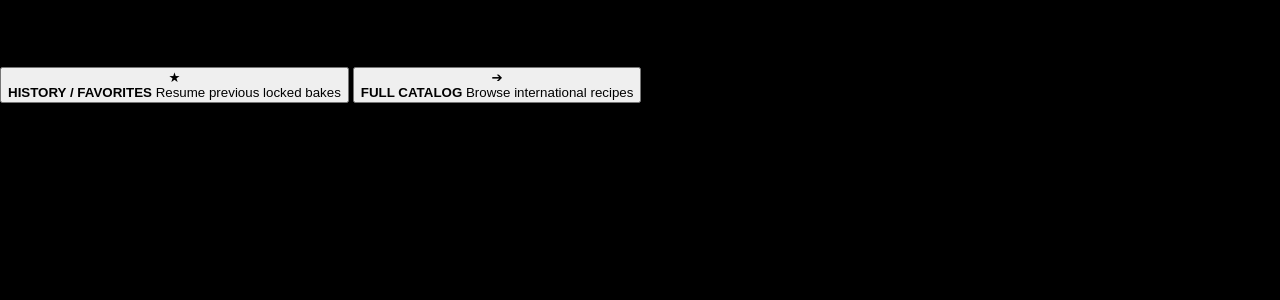
Repository: dkg11hu/baking-core
Page: index.html
These files come from the project's save history. The page is drawn as it stood at one moment and after the next save; the edit follows.
The browser window is 1280 px wide. The pictures show the whole page.

Above is the page before, as saved 2026-01-03 17:07:36.

### index.html
<!DOCTYPE html>
<html lang="en">
<head>
    <meta charset="UTF-8">
    <link rel="icon" href="data:[embedded picture, 216 characters]">
    <meta name="viewport" content="width=device-width, initial-scale=1.0, maximum-scale=1.0, user-scalable=no">
    <title>Baking Core | XS Driver</title>
    <link rel="stylesheet" href="style.css">
</head>
<body>
    <div class="iphone-xs">
        <div class="notch"></div>
        <div class="screen-content">

            <section id="gateway-view">
                <div class="gateway-hero">
                    <h1 class="brand-title">Baking Core</h1>
                    <div class="choice-container">
                        <button class="choice-card" onclick="window.viewHistory()">
                            <div class="icon">★</div>
                            <div class="choice-text">
                                <strong>HISTORY / FAVORITES</strong>
                                <span>Resume previous locked bakes</span>
                            </div>
                        </button>
                        <button class="choice-card highlight" onclick="window.openBrowser()">
                            <div class="icon">➔</div>
                            <div class="choice-text">
                                <strong>FULL CATALOG</strong>
                                <span>Browse international recipes</span>
                            </div>
                        </button>
                    </div>
                </div>
            </section>

            <section id="browser-view" class="hidden">
                <div class="sticky-header">
                    <div id="graphical-selector">
                        <div class="selector-tabs">
                            <button class="tab-btn active" data-view="map" onclick="window.switchSelector('map')">MAP</button>
                            <button class="tab-btn" data-view="flavor" onclick="window.switchSelector('flavor')">FLAVOR</button>
                        </div>
                        <div id="view-map"></div>
                        <div id="view-flavor" class="hidden"></div>
                    </div>
                    <div id="filter-chips" class="chip-container"></div>
                </div>

                <div id="tile-grid" class="tile-grid"></div>

                <div class="stepper-controls">
                    <button class="btn-nav" onclick="location.reload()">BACK</button>
                    <button class="btn-nav primary" id="next-to-params" disabled onclick="window.changeStep(1)">NEXT</button>
                </div>
            </section>

            <section id="workflow-view" class="hidden">
                <div id="discovery-root"></div>

                <div id="execution-root" class="hidden">
                    <div id="media-stage" class="media-container"></div>
                    <div class="content-stage">
                        <div id="step-metadata"></div>
                        <div id="step-description"></div>
                    </div>
                </div>

                <div class="stepper-controls">
                    <button class="btn-nav" onclick="window.changeStep(-1)">BACK</button>
                    <button class="btn-nav primary" onclick="window.changeStep(1)">NEXT</button>
                </div>
            </section>
        </div>
        <div class="home-indicator"></div>
    </div>
    <script type="module" src="app.js"></script>
</body>
</html>

### style.css
/* --- VIEW CONTAINERS --- */
#browser-view, #workflow-view {
    flex: 1;
    display: flex;
    flex-direction: column;
    height: 100%;
    width: 100%;
    background: #000;
    overflow-y: auto;
    -webkit-overflow-scrolling: touch;
    position: relative;
}

/* --- GRID ARCHITECTURE --- */
.tile-grid {
    display: grid;
    grid-template-columns: 1fr 1fr;
    gap: 16px;
    padding: 16px;
    min-height: 400px;
    box-sizing: border-box;
}

.tile-label {
    color: #FFFFFF;
    font-size: 11px;
    font-weight: 900;
    letter-spacing: 1.5px;
    text-transform: uppercase;
    margin-top: 10px;
    white-space: nowrap;
    overflow: hidden;
    text-overflow: ellipsis;
}

/* --- WORKFLOW TRACKS --- */
.discovery-wrapper, .production-wrapper {
    padding: 20px;
    color: #fff;
}

.meta-chip {
    display: inline-flex;
    flex-direction: column;
    margin-right: 20px;
    border-left: 1px solid #333;
    padding-left: 10px;
}

.meta-chip span { font-size: 8px; color: #666; text-transform: uppercase; }
.meta-chip strong { font-size: 14px; color: var(--primary, #f1c40f); }

.hidden { display: none !important; }

.tile {
    background: #050505;
    border-radius: 12px;
    padding: 10px;
    border: 1px solid #111;
    transition: all 0.2s ease;
    cursor: pointer;
}

/* The Gold Glow for the selected product */
.tile.active {
    border-color: #f1c40f;
    background: #111;
    box-shadow: 0 0 15px rgba(241, 196, 15, 0.2);
}

.tile-img-box {
    aspect-ratio: 1 / 1;
    background: #000;
    border-radius: 8px;
    overflow: hidden;
    display: flex;
    align-items: center;
    justify-content: center;
}

.tile-img-box img {
    width: 100%;
    height: 100%;
    object-fit: cover;
}

/* Each section is a full-screen app layer */
section {
    position: absolute;
    top: 0;
    left: 0;
    width: 100%;
    height: 100%;
    background: #000;
    display: flex;
    flex-direction: column;
}

/* Force hide with absolute priority */
.hidden {
    display: none !important;
}

/* Ensure Tile Grid only scrolls within its container */
#tile-grid {
    flex: 1;
    overflow-y: auto;
    padding-bottom: 100px; /* Room for navigation */
}

/* Stepper controls anchored to bottom of current view */
.stepper-controls {
    padding: 20px;
    background: linear-gradient(0deg, #000 70%, transparent);
    display: flex;
    gap: 15px;
    position: sticky;
    bottom: 0;
}

/* src/style.css */

.discovery-wrapper, .gateway-screen {
    animation: fadeIn 0.25s ease-out;
    height: 100%;
    display: flex;
    flex-direction: column;
}

.params-grid {
    padding: 20px;
    display: flex;
    flex-direction: column;
    gap: 15px;
    overflow-y: auto;
}

.param-row {
    display: flex;
    flex-direction: column;
    gap: 5px;
}

.param-row label {
    font-size: 10px;
    color: #666;
    text-transform: uppercase;
    letter-spacing: 1px;
}

.param-row input {
    background: #111;
    border: 1px solid #222;
    border-radius: 8px;
    padding: 12px;
    color: var(--primary);
    font-size: 18px;
}

@keyframes fadeIn {
    from { opacity: 0; transform: translateY(5px); }
    to { opacity: 1; transform: translateY(0); }
}

### app.js
import { State } from './src/UI/State.mjs';
import { Gallery } from './src/UI/Gallery.mjs';
import { MapSelection } from './src/UI/MapSelection.mjs';
import { FlavorWheel } from './src/UI/FlavorWheel.mjs';
import { WorkflowDiscovery } from './src/UI/WorkflowDiscovery.mjs';
import { WorkflowExecution } from './src/UI/WorkflowExecution.mjs';

window.Gallery = Gallery;

/**
 * Stage Manager: Unifies window isolation for Workflow #1 and #2.
 * Ensures the target view is visible, others are killed, and scroll is reset.
 */
const showStage = (stageId) => {
    const stages = ['gateway-view', 'browser-view', 'workflow-view'];
    stages.forEach(id => {
        const el = document.getElementById(id);
        if (!el) return;
        if (id === stageId) {
            el.classList.remove('hidden');
            el.scrollTop = 0; // Kills the "advance" glitch
        } else {
            el.classList.add('hidden');
        }
    });
};

window.lockAndStart = () => {
    const manifest = WorkflowDiscovery.getLockedManifest();

    // Internal Toggle within workflow-view
    document.getElementById('discovery-root').classList.add('hidden');
    const executionRoot = document.getElementById('execution-root');
    executionRoot.classList.remove('hidden');
    executionRoot.scrollTop = 0;

    WorkflowExecution.start(manifest, State.ssot, State.locale);
};

window.openBrowser = () => {
    showStage('browser-view');
    Gallery.render(State.ssot, State.locale);
};

window.changeStep = (delta) => {
    const isBrowser = !document.getElementById('browser-view').classList.contains('hidden');
    const isWorkflow = !document.getElementById('workflow-view').classList.contains('hidden');
    const discoveryRoot = document.getElementById('discovery-root');
    const executionRoot = document.getElementById('execution-root');

    if (isBrowser) {
        if (delta === 1 && Gallery.selectedId) {
            showStage('workflow-view');
            discoveryRoot.classList.remove('hidden');
            executionRoot.classList.add('hidden');
            WorkflowDiscovery.renderGateway(Gallery.selectedId, State.locale);
        } else if (delta === -1) {
            // BACK from Browser -> Gateway
            showStage('gateway-view');
        }
    } else if (isWorkflow) {
        if (!executionRoot.classList.contains('hidden')) {
            // TRACK 2: Execution
            WorkflowExecution.navigate(delta, State.locale);
        } else {
            // TRACK 1: Discovery
            if (delta === 1) {
                if (WorkflowDiscovery.state === 'GATEWAY') {
                    WorkflowDiscovery.init(Gallery.selectedId, State.ssot, State.locale);
                    discoveryRoot.scrollTop = 0;
                } else {
                    window.lockAndStart();
                }
            } else if (delta === -1) {
                // BACK from Workflow -> Browser
                showStage('browser-view');
            }
        }
    }
};

window.switchSelector = (viewId) => {
    const map = document.getElementById('view-map');
    const flavor = document.getElementById('view-flavor');
    const tabs = document.querySelectorAll('.tab-btn');
    tabs.forEach(btn => btn.classList.toggle('active', btn.dataset.view === viewId));
    if (map) map.style.display = viewId === 'map' ? 'block' : 'none';
    if (flavor) flavor.style.display = viewId === 'flavor' ? 'block' : 'none';
};

window.filterByTerritory = (territory) => Gallery.filterByTerritory(territory, State.ssot, State.locale);

async function boot() {
    try {
        await State.init();
        showStage('gateway-view'); // Park at Level 0

        // Pre-render logic in background
        Gallery.render(State.ssot, State.locale);

        const mapContainer = document.getElementById('view-map');
        if (mapContainer) mapContainer.innerHTML = MapSelection.render();

        const flavorContainer = document.getElementById('view-flavor');
        if (flavorContainer) {
            flavorContainer.innerHTML = FlavorWheel.render();
            requestAnimationFrame(() => FlavorWheel.plotProducts(State.ssot, State.locale));
        }

        console.log("iPhone Driver: Parked at Gateway. System Isolated.");
    } catch (err) {
        console.error("Boot failed:", err);
    }
}
boot();

### src/UI/State.mjs
export const State = {
    ssot: null,
    locale: null,
    currentId: null,
    currentStepIdx: 0,

    async init() {
        const [sRes, lRes] = await Promise.all([
            fetch('./data/Store/Registry/definitions.json'),
            fetch('./data/Store/Locale/en.json')
        ]);
        this.ssot = await sRes.json();
        this.locale = await lRes.json();
        return { ssot: this.ssot, locale: this.locale };
    }
};

### src/UI/Gallery.mjs
export const Gallery = {
    selectedId: null,

    render(ssot, locale) {
        const grid = document.getElementById('tile-grid');
        if (!grid) return;
        this.filterByTerritory('ALL', ssot, locale);
    },

    filterByTerritory(territory, ssot, locale) {
        const products = Object.entries(ssot.registry).filter(([id, data]) => {
            const isBranch = data.type === 'BRANCH';
            const matchesMap = (territory === 'ALL' || data.classification?.territory === territory);
            return isBranch && matchesMap;
        });

        this.renderTiles(products, locale);
    },

    renderTiles(products, locale) {
        const grid = document.getElementById('tile-grid');
        if (!grid) return;

        const emptyState = `data:[embedded picture, 33 characters]<svg xmlns='http://www.w3.org/2000/svg' viewBox='0 0 100 100'><rect width='100' height='100' fill='%230a0a0a'/><path d='M30 70 L50 30 L70 70' stroke='%23222' stroke-width='2' fill='none'/></svg>`;

        grid.innerHTML = products.map(([id, data]) => {
            const name = locale[id] || id.replace('PROD_', '').replace(/_/g, ' ');
            const imgSrc = data.ui_features?.tile_photo || '';
            const isActive = this.selectedId === id ? 'active' : '';

            // Use window.Gallery to ensure the global bridge works
            return `
                <div class="tile ${isActive}" data-id="${id}" onclick="window.Gallery.selectProduct('${id}')">
                    <div class="tile-img-box">
                        <img src="${imgSrc}" onerror="this.onerror=null; this.src='${emptyState}';">
                    </div>
                    <div class="tile-label">
                        <strong>${name}</strong>
                    </div>
                </div>`;
        }).join('');
    },

    selectProduct(id) {
        this.selectedId = id;

        // Update UI state
        document.querySelectorAll('.tile').forEach(t => {
            t.classList.toggle('active', t.dataset.id === id);
        });

        // Enable NEXT button
        const nextBtn = document.querySelector('.btn-nav.primary');
        if (nextBtn) nextBtn.disabled = false;

        console.log(`Gallery: Selected ${id}`);
    }
};

### src/UI/MapSelection.mjs
export const MapSelection = {
    render() {
        return `
            <div class="map-wrapper">
                <svg viewBox="0 0 800 400" preserveAspectRatio="xMidYMid meet">
                    <rect width="800" height="400" fill="transparent" onclick="window.filterByTerritory('ALL')"></rect>

                    <path id="EU" class="map-region" d="M400 100 L450 100 L450 150 Z" onclick="window.filterByTerritory('EU')"></path>
                    <path id="AM" class="map-region" d="M100 100 L200 100 L200 300 Z" onclick="window.filterByTerritory('AM')"></path>
                </svg>
                <div class="map-hint">TAP REGION OR BACKGROUND FOR GLOBAL</div>
            </div>
        `;
    }
};

### src/UI/FlavorWheel.mjs
export const FlavorWheel = {
    render() {
        return `
            <div class="flavor-matrix-container">
                <div class="matrix-labels"><span>SALTY</span><span>SWEET</span></div>
                <div id="flavor-plot" class="flavor-plot">
                    <div class="axis-x"></div><div class="axis-y"></div>
                </div>
                <div class="matrix-legend">Hover to identify • Tap to start</div>
            </div>`;
    },

    async plotProducts(ssot, locale) {
        const plot = document.getElementById('flavor-plot');
        const products = Object.entries(ssot.registry).filter(([_, item]) => item.type === 'BRANCH');

        for (const [id, data] of products) {
            try {
                const res = await fetch(`./data/Store/Entities/${id.toLowerCase()}.json`);
                if (!res.ok) continue;
                const entity = await res.json();

                const coords = this.getCoords(entity.formula, ssot);
                const dot = document.createElement('div');
                dot.className = 'flavor-dot';
                dot.style.left = `${coords.x * 100}%`;
                dot.style.bottom = `${coords.y * 100}%`;

                dot.onmousemove = (e) => window.showHelper(e, locale[id] || id);
                dot.onmouseleave = window.hideHelper;
                dot.onclick = () => window.startWorkflow(id);
                plot.appendChild(dot);
            } catch (e) { console.warn("Plot error", e); }
        }
    },

    getCoords(formula, ssot) {
        let salt = 0, sugar = 0;
        formula.forEach(ing => {
            const mClass = ssot.registry[ing.id]?.material_class;
            if (mClass === 'SALTS') salt += ing.pct;
            if (mClass === 'SWEETENERS') sugar += ing.pct;
        });
        return { x: Math.min(sugar / 0.15, 1), y: Math.min(salt / 0.03, 1) };
    }
};

### src/UI/WorkflowDiscovery.mjs
/**
 * WorkflowDiscovery (Track 1)
 * Manages the transition between choosing a history record and
 * parametrizing a new bake based on SSoT physics categories.
 */
export const WorkflowDiscovery = {
    activeId: null,
    state: 'GATEWAY', // 'GATEWAY' or 'PARAMS'

    renderGateway(id, locale) {
        this.activeId = id;
        this.state = 'GATEWAY';
        const root = document.getElementById('discovery-root');

        // Reset scroll and clear previous view
        root.scrollTop = 0;
        root.classList.remove('hidden');

        const name = locale[id] || id;

        root.innerHTML = `
            <div class="gateway-screen">
                <span class="breadcrumb">GLOBAL SELECTION</span>
                <h1 class="step-title">${name}</h1>

                <div class="choice-container">
                    <button class="choice-card" onclick="console.log('Load Favorites')">
                        <div class="icon">★</div>
                        <div class="choice-text">
                            <strong>FAVORITES / HISTORY</strong>
                            <span>Sorted by frequency & timestamp</span>
                        </div>
                    </button>

                    <button class="choice-card highlight" onclick="window.changeStep(1)">
                        <div class="icon">➔</div>
                        <div class="choice-text">
                            <strong>START NEW BAKE</strong>
                            <span>Workflow Track 1: Configure Params</span>
                        </div>
                    </button>
                </div>
            </div>`;
    },

    init(id, ssot, locale) {
        this.state = 'PARAMS';
        const root = document.getElementById('discovery-root');
        const entity = ssot.registry[id];

        // Fieldnames are strictly derived from the database
        const fields = entity.physics_categories || ['PHYS_MASS_TOTAL'];

        // Reset scroll before rendering new inputs
        root.scrollTop = 0;

        root.innerHTML = `
            <div class="discovery-wrapper">
                <header class="discovery-header">
                    <span class="breadcrumb">TRACK 1: PARAMETRIZATION</span>
                    <h2 class="params-title">${locale[id] || id}</h2>
                </header>
                <div class="params-grid">
                    ${fields.map(key => `
                        <div class="param-row">
                            <label>${locale[key] || key}</label>
                            <input type="number"
                                   data-physics="${key}"
                                   value="${key.includes('MASS') ? 1000 : 22}"
                                   inputmode="decimal">
                        </div>
                    `).join('')}
                </div>
            </div>
        `;
    },

    /**
     * Captures the current state of inputs to lock them for Workflow #2.
     * Logic-blind: maps whatever data-physics keys were generated.
     */
    getLockedManifest() {
        const values = {};
        document.querySelectorAll('[data-physics]').forEach(el => {
            values[el.dataset.physics] = el.value;
        });

        return {
            id: this.activeId,
            values: values,
            timestamp: Date.now()
        };
    }
};

### src/UI/WorkflowExecution.mjs
export const WorkflowExecution = {
    steps: [],
    currentIndex: 0,
    manifest: null,

    start(manifest, ssot, locale) {
        this.manifest = manifest;
        this.currentIndex = 0;
        const root = document.getElementById('execution-root');
        root.classList.remove('hidden');

        const entity = ssot.registry[manifest.id];
        const refs = Array.isArray(entity.technology_ref) ? entity.technology_ref : [entity.technology_ref];

        this.steps = refs.flatMap(ref =>
            Object.entries(ssot.technologies[ref]?.steps || {}).map(([k, v]) => ({ id: k, ...v }))
        );

        this.render(locale);
    },

    render(locale) {
        const step = this.steps[this.currentIndex];

        // Video Stage
        document.getElementById('media-stage').innerHTML = `
            <video src="${step.video}" autoplay loop muted playsinline
                   onerror="this.style.display='none'; this.nextElementSibling.style.display='flex';">
            </video>
            <div class="media-fallback" style="display:none;">
                <span>ASSET PENDING: ${step.id}</span>
            </div>`;

        // Metadata Header (Locked Values)
        const metaHTML = Object.entries(this.manifest.values).map(([key, val]) => `
            <div class="meta-chip">
                <span>${locale[key] || key}</span>
                <strong>${val}</strong>
            </div>
        `).join('');

        document.getElementById('step-metadata').innerHTML = metaHTML;
        document.getElementById('step-description').innerHTML = `
            <h2 class="step-title">${locale[step.id] || step.id}</h2>
        `;
    },

    navigate(delta, locale) {
        this.currentIndex += delta;
        if (this.currentIndex < 0) location.reload();
        if (this.currentIndex >= this.steps.length) location.reload();
        this.render(locale);
    }
};

### data/Store/Locale/en.json
{
    "MAT_001": "Bread Flour BL-80",
    "MAT_002": "Water",
    "MAT_003": "Whole Milk",
    "MAT_004": "Fine Sea Salt",
    "MAT_005": "Instant Dry Yeast",
    "MAT_006": "Unsalted Butter",
    "PROD_001": "Yudane Scald",
    "PROD_002": "Hokkaido Milk Bread",
    "PROC_STARTER": "Rye Starter Culture",
    "PROC_LEVAIN": "Active Liquid Levain",
    "PROD_SOURDOUGH": "Artisan Double-Fermented Sourdough",
    "MAT_WHEAT": "Stone-ground Wheat Flour",
    "MAT_WATER": "Filtered Water"
}

### data/Store/Entities/prod_yudane.json
{
  "id": "PROD_YUDANE",
  "technology": "TECH_SCALD",
  "formula": [
    { "id": "MAT_WHEAT_T80", "pct": 1.0, "tech_step": "step_incorporate" },
    { "id": "MAT_WATER", "pct": 1.5, "tech_step": "step_boil" }
  ],
  "parameters": {
    "step_boil": { "target_temp": 100 },
    "step_gelatinize": { "target_temp": 4, "duration_min": 720, "tools": ["TOOL_CHILLER"] }
  }
}

### data/Store/Entities/proc_starter.json
{
  "id": "PROC_STARTER",
  "technology": "TECH_CULTURE_MAINTENANCE",
  "formula": [
    { "id": "MAT_WHEAT_T80", "pct": 1.0, "tech_step": "step_feed" },
    { "id": "MAT_WATER", "pct": 1.0, "tech_step": "step_feed" }
  ],
  "parameters": {
    "step_ferment": { "target_temp": 26, "duration_min": 480 }
  }
}

### data/Store/Entities/prod_blended_sourdough_yudane.json
{
  "id": "PROD_BLENDED_SOURDOUGH_YUDANE",
  "formula": [
    { "id": "MAT_WHEAT_T80", "pct": 0.8 },
    { "id": "PROD_YUDANE", "pct": 0.2 },
    { "id": "PROC_STARTER", "pct": 0.15 },
    { "id": "MAT_WATER", "pct": 0.65 },
    { "id": "MAT_SEA_SALT", "pct": 0.02 }
  ],
  "parameters": {
    "step_boil": { "target_temp": 100, "duration_min": 5 },
    "step_bulk_ferment": { "target_temp": 26, "duration_min": 240 },
    "step_bake": { "target_temp": 245, "duration_min": 45, "tools": ["TOOL_OVEN", "TOOL_STEAM_TRAY"] }
  }
}

Loaded but not shown: data/Store/Registry/definitions.json (87 lines, source omitted); data/Store/Entities/prod_sourdough_loaf.json (15 lines, source omitted)

After the next save:
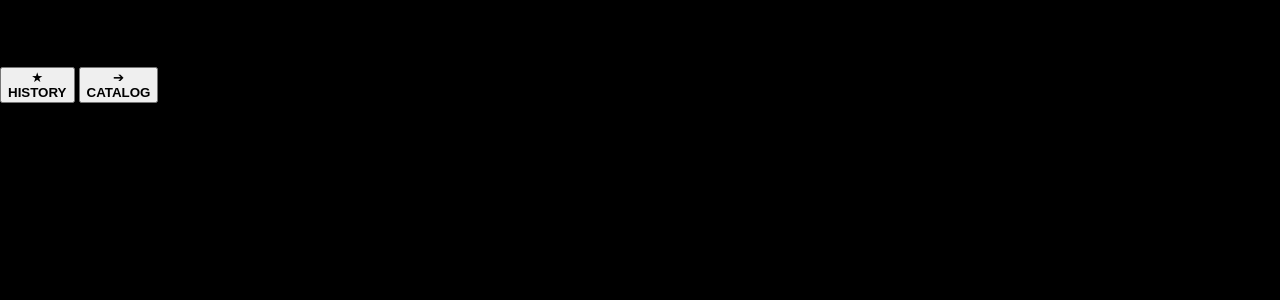
Saved 2 min 1 s later.
--- a/index.html
+++ b/index.html
@@ -10,68 +10,47 @@
 <body>
     <div class="iphone-xs">
         <div class="notch"></div>
-        <div class="screen-content">
+<div class="screen-content">
+    <section id="gateway-view">
+        <div class="gateway-hero">
+            <h1 class="brand-title">Baking Core</h1>
+            <div class="choice-container">
+                <button class="choice-card" onclick="window.viewHistory()">
+                    <div class="icon">★</div>
+                    <strong>HISTORY</strong>
+                </button>
+                <button class="choice-card highlight" onclick="window.openBrowser()">
+                    <div class="icon">➔</div>
+                    <strong>CATALOG</strong>
+                </button>
+            </div>
+        </div>
+    </section>
 
-            <section id="gateway-view">
-                <div class="gateway-hero">
-                    <h1 class="brand-title">Baking Core</h1>
-                    <div class="choice-container">
-                        <button class="choice-card" onclick="window.viewHistory()">
-                            <div class="icon">★</div>
-                            <div class="choice-text">
-                                <strong>HISTORY / FAVORITES</strong>
-                                <span>Resume previous locked bakes</span>
-                            </div>
-                        </button>
-                        <button class="choice-card highlight" onclick="window.openBrowser()">
-                            <div class="icon">➔</div>
-                            <div class="choice-text">
-                                <strong>FULL CATALOG</strong>
-                                <span>Browse international recipes</span>
-                            </div>
-                        </button>
-                    </div>
-                </div>
-            </section>
+    <section id="browser-view" class="hidden">
+        <div id="tile-grid"></div>
+        <div class="stepper-controls">
+            <button class="btn-nav" onclick="window.showStage('gateway-view')">BACK</button>
+            <button class="btn-nav primary" onclick="window.changeStep(1)">NEXT</button>
+        </div>
+    </section>
 
-            <section id="browser-view" class="hidden">
-                <div class="sticky-header">
-                    <div id="graphical-selector">
-                        <div class="selector-tabs">
-                            <button class="tab-btn active" data-view="map" onclick="window.switchSelector('map')">MAP</button>
-                            <button class="tab-btn" data-view="flavor" onclick="window.switchSelector('flavor')">FLAVOR</button>
-                        </div>
-                        <div id="view-map"></div>
-                        <div id="view-flavor" class="hidden"></div>
-                    </div>
-                    <div id="filter-chips" class="chip-container"></div>
-                </div>
+    <section id="params-view" class="hidden">
+        <div id="discovery-root"></div>
+        <div class="stepper-controls">
+            <button class="btn-nav" onclick="window.showStage('browser-view')">BACK</button>
+            <button class="btn-nav primary" onclick="window.changeStep(1)">NEXT</button>
+        </div>
+    </section>
 
-                <div id="tile-grid" class="tile-grid"></div>
-
-                <div class="stepper-controls">
-                    <button class="btn-nav" onclick="location.reload()">BACK</button>
-                    <button class="btn-nav primary" id="next-to-params" disabled onclick="window.changeStep(1)">NEXT</button>
-                </div>
-            </section>
-
-            <section id="workflow-view" class="hidden">
-                <div id="discovery-root"></div>
-
-                <div id="execution-root" class="hidden">
-                    <div id="media-stage" class="media-container"></div>
-                    <div class="content-stage">
-                        <div id="step-metadata"></div>
-                        <div id="step-description"></div>
-                    </div>
-                </div>
-
-                <div class="stepper-controls">
-                    <button class="btn-nav" onclick="window.changeStep(-1)">BACK</button>
-                    <button class="btn-nav primary" onclick="window.changeStep(1)">NEXT</button>
-                </div>
-            </section>
+    <section id="execution-view" class="hidden">
+        <div id="execution-root"></div>
+        <div class="stepper-controls">
+            <button class="btn-nav" onclick="window.changeStep(-1)">BACK</button>
+            <button class="btn-nav primary" onclick="window.changeStep(1)">NEXT</button>
         </div>
+    </section>
+</div>
         <div class="home-indicator"></div>
     </div>
     <script type="module" src="app.js"></script>
